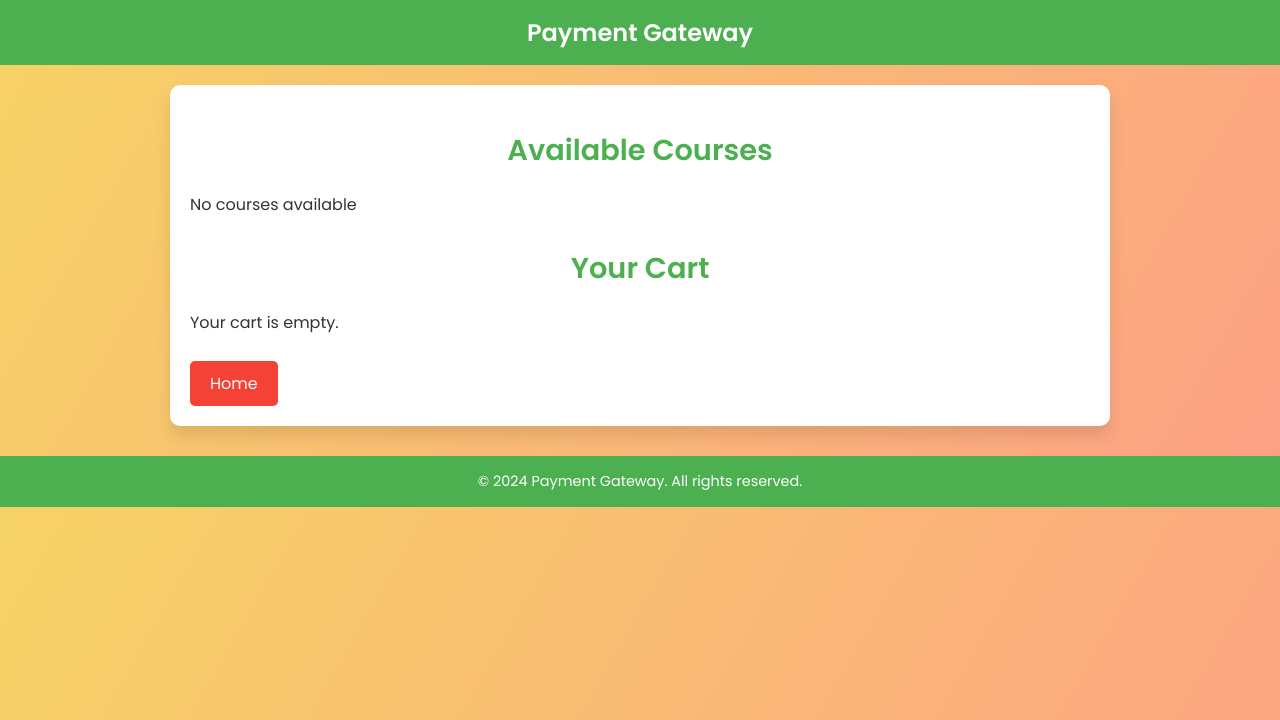
Repository: Syed1818/project
Page: http://localhost/payment_gateway.php
An editor plug-in stored every save of this project. The page is shown before and after the next save, followed by the edit.
The browser window is 1280 px wide. The pictures show the whole page.
The page is run by PHP 8.4 with error messages shown; the project is at /var/www/html/. The session is filled in as if someone had signed in: {"user_id": 1}. Queries for data that is not in the repository find no rows.

Above is the page before, as saved 2024-12-07 10:00:19.

After the next save:
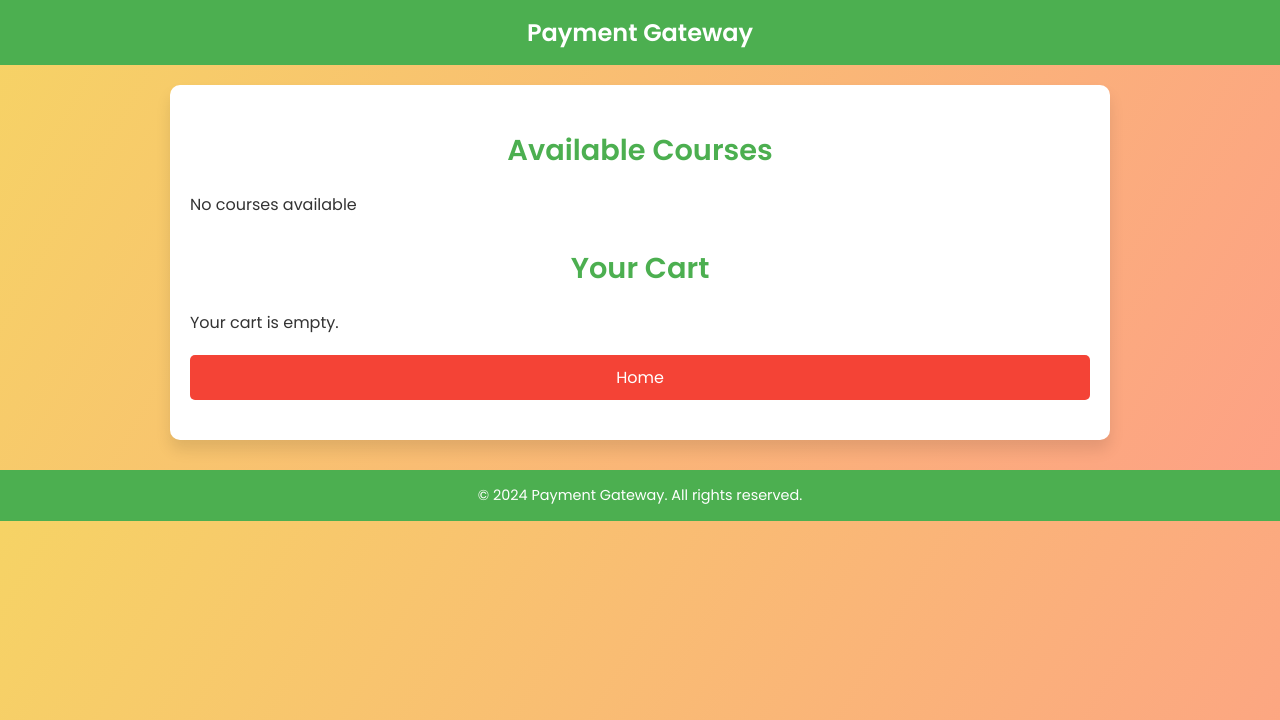
Saved 2 min 54 s later.
--- a/payment_gateway.php
+++ b/payment_gateway.php
@@ -22,6 +22,15 @@ if (isset($_POST['add_to_cart'])) {
         $message = "Course added to cart successfully!";
     } else {
         $message = "Course is already in the cart!";
+    }
+}
+
+// Handle removing from cart
+if (isset($_POST['remove_from_cart'])) {
+    $course_id = $_POST['course_id'];
+    if (($key = array_search($course_id, $_SESSION['cart'])) !== false) {
+        unset($_SESSION['cart'][$key]);
+        $message = "Course removed from cart.";
     }
 }
 
@@ -173,14 +182,15 @@ $result = $conn->query($sql);
         }
 
         .home-button {
-            display: inline-block;
-            margin-top: 10px;
+            display: block;
+            margin: 20px auto;
             background-color: #f44336;
             color: white;
             padding: 10px 20px;
             text-decoration: none;
             border-radius: 5px;
             font-size: 1rem;
+            text-align: center;
         }
 
         .home-button:hover {
@@ -236,6 +246,10 @@ $result = $conn->query($sql);
                         <li class="cart-item">
                             <span><?php echo htmlspecialchars($course['title']); ?></span>
                             <span>$<?php echo htmlspecialchars($course['price']); ?></span>
+                            <form method="POST" style="display:inline;">
+                                <input type="hidden" name="course_id" value="<?php echo $course_id; ?>">
+                                <button type="submit" name="remove_from_cart" style="background-color:#f44336; color:white; padding:5px 10px; border:none; border-radius:3px; cursor:pointer;">Remove</button>
+                            </form>
                         </li>
                     <?php endforeach; ?>
                 </ul>
